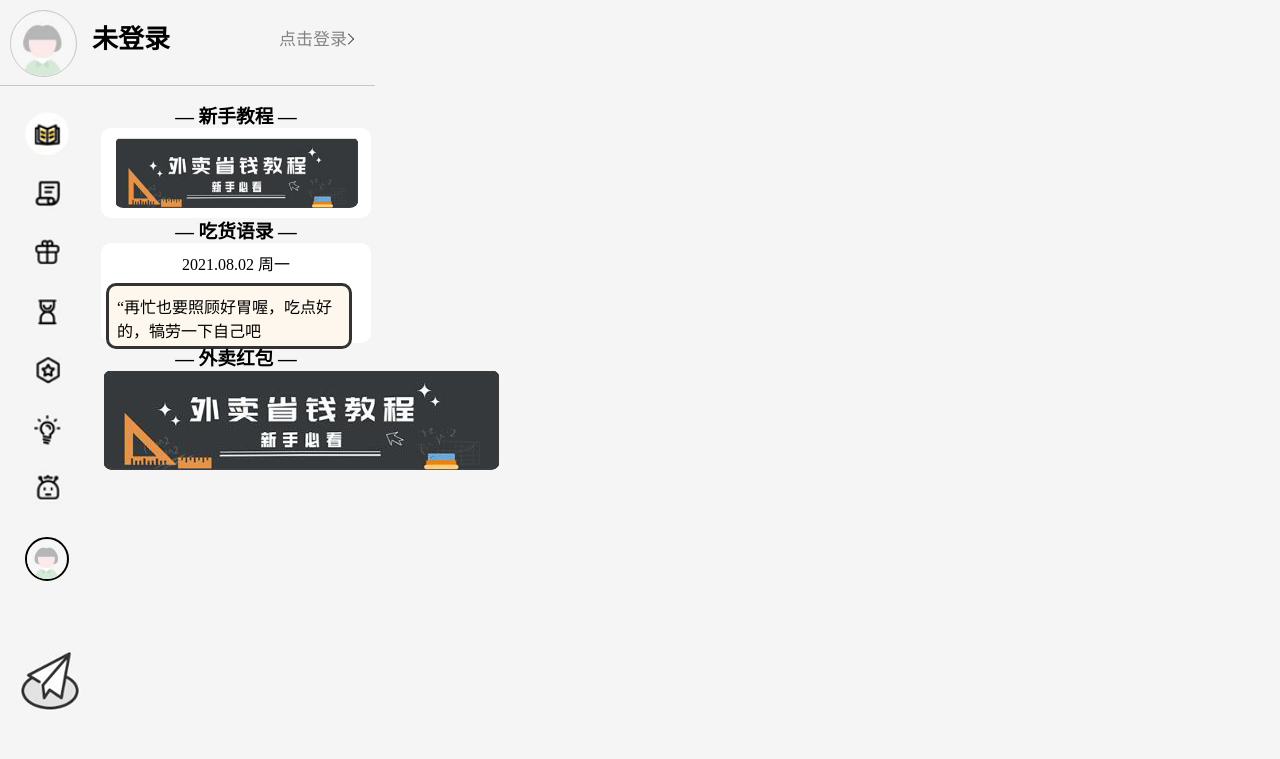
Repository: Privatexiao/projects
Page: Takeout assistant/index.html
An editor plug-in stored every save of this project. The page is shown before and after the next save, followed by the edit.
The browser window is 1280 px wide. The pictures show the whole page.

Above is the page before, as saved 2021-08-02 17:16:56.

After the next save:
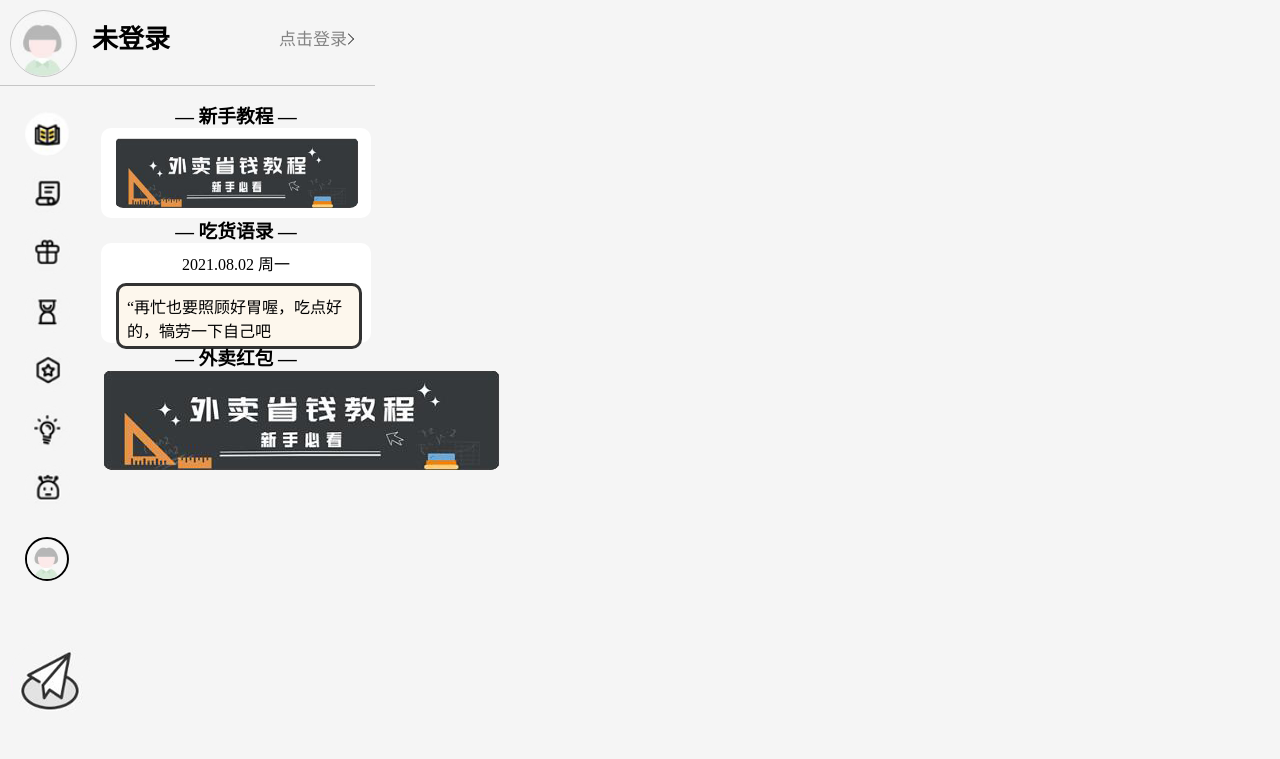
Saved 7 s later.
--- a/Takeout assistant/css/index.css
+++ b/Takeout assistant/css/index.css
@@ -130,7 +130,7 @@ ul,ol{
     height: 60px;
     border-radius: 10px;
     border: 3px solid rgb(51,51,51);
-    margin-left: 5px;
+    margin-left: 15px;
 }
 .VersionQuotation .chyl_nr p{
     text-align: left;
